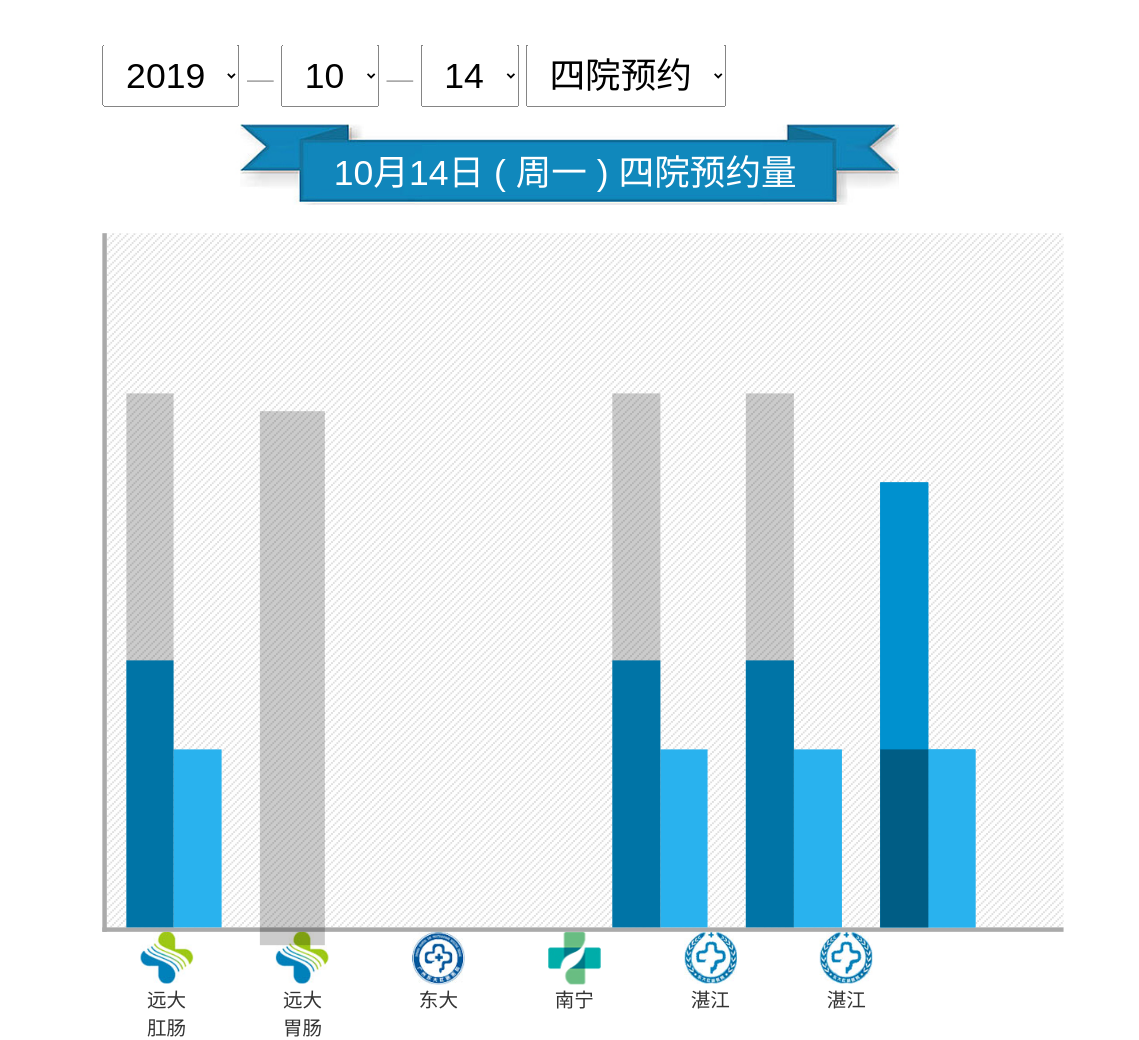
Repository: jerryyan/project
Page: http://localhost/m/index.php
An editor plug-in stored every save of this project. The page is shown before and after a run of saves, followed by the edit.
The browser window is 1280 px wide. The pictures show the whole page, at 89% of full size.
The page is run by PHP 8.4 with error messages shown; the project is at /var/www/html/. The session is filled in as if someone had signed in: {"name": "admin"}. Other server files are loaded and not shown.

Above is the page before, as saved 2019-10-14 15:49:35.

### m/index.php
<html>

<head>
    <meta http-equiv="Content-Type" content="text/html; charset=utf-8" />
    <link href="css/m.css" rel="stylesheet" type="text/css" />
    <script type="text/javascript" src="/js/jquery.min.js"></script>
    <script type="text/javascript" src="/js/moment.min.js"></script>
    <script type="text/javascript" src="/js/time.js"></script>
    <title>预约数据统计手机版</title>
</head>

<body>
    <div class="div1">
        <div class="time">
            <select class="year" id="birth_year" onchange="setDays(this, birth_month, birth_day);">
            </select>
            —
            <select class="month" id="birth_month" onchange="setDays(birth_year, this, birth_day);">
            </select>
            —
            <select class="day" id="birth_day">
            </select>
            <select name="" class="select" onchange="self.location.href = options[selectedIndex].value">
                <option value="index.php" selected>四院预约</option>
                <option value="jzchart.php">四院就诊</option>
                <option value="detail.php?type=szyd">远大</option>
                <option value="detail.php?type=gzdd">东大</option>
                <!--<option value="detail.php?type=gzma" >民安</option>-->
                <option value="detail.php?type=zjdd">湛江</option>
                <option value="detail.php?type=nngc">南宁肛肠</option>
                <option value="detail.php?type=nnwc">南宁胃肠</option>
                <option value="detail.php?type=szydwc">远大胃肠</option>
            </select>
        </div>

        <div class="title">
            <?php
            require_once 'islogin.php';
            $weekarray = array("日", "一", "二", "三", "四", "五", "六");
            $year = date('Y');
            $month = date('m');
            $day = date('d');
            $strDate = $month . "月" . $day . "日 " . "( 周" . $weekarray[date('w')] . " ) ";
            echo $strDate;
            ?>四院预约量
        </div>

        <ul class="num">
        </ul>
        <div class="table">
            <div class="yd">
                <div class="yd_1"><span></span></div>
                <div class="yd_2"><span></span></div>
                <div class="yd_3"><span></span></div>
            </div>
            <div class="yc">
                <div class="yc_1"><span></span></div>
                <div class="yc_2"><span></span></div>
                <div class="yc_3"><span></span></div>
            </div>
            <div class="dd">
                <div class="dd_1"><span></span></div>
                <div class="dd_2"><span></span></div>
                <div class="dd_3"><span></span></div>
            </div>
            <div class="ma">
                <div class="ma_1"><span></span></div>
                <div class="ma_2"><span></span></div>
                <div class="ma_3"><span></span></div>
            </div>
            <div class="zj">
                <div class="zj_1"><span></span></div>
                <div class="zj_2"><span></span></div>
                <div class="zj_3"><span></span></div>
            </div>
            <div class="zj" style="margin-left:">
                <div class="zj_1"><span></span></div>
                <div class="zj_2"><span></span></div>
                <div class="zj_3"><span></span></div>
            </div>
        </div>

        <div class="logo">
            <ul>
                <li><img src="/images/logo_yd.jpg">远大<br>肛肠</li>
                <li><img src="/images/logo_yd.jpg">远大<br>胃肠</li>
                <li><img src="/images/logo_dd.jpg">东大</li>
                <li><img src="/images/logo_nn.jpg">南宁</li>
                <li><img src="/images/logo_zj.jpg">湛江</li>
                <li><img src="/images/logo_zj.jpg">湛江</li>
            </ul>
        </div>
    </div>
</body>
<script src="/js/mobile.js"></script>
<script>
    $(function() {
        $(".year,.month,.day").change(function() {
            var y = $(".year option:selected").text();
            var m = $(".month option:selected").text();
            var d = $(".day option:selected").text();
            var datetime = y + "-" + m + "-" + d;
            getyySource(datetime);
        });
        getyySource();
        setInterval(setyySource, 40000);
    });
</script>

</html>

### m/islogin.php
<?php
session_start();
if ($_SESSION['name'] != 'admin') {
    header('Location:login.php');
    exit();
}

### m/getyyNum.php
<?php

require_once '../config.php';
if (!empty($_POST['datetime'])) {
    $date = $_POST['datetime'];
}
$startDate = $date . " 00:00:00";
$endDate = $date . " 23:59:59";
$zjdd_sql = "select department,ts,awr,convert(varchar(10),ts,108) as tstime from info_appointment where department not like '%未预约%' and dr=0 and ts >='{$startDate}' and ts<='{$endDate}'";
$nndd_sql = "select department,ts,awr,convert(varchar(10),ts,108) as tstime from info_appointment where (department not like '%未预约%' and department not like '%耳鼻喉科%') and  dr=0 and sourceType !='自然门诊' and symptom !='体检'  and ts >='{$startDate}' and ts<='{$endDate}'";
$szyd_sql = "select department,ts,awr,convert(varchar(10),ts,108) as tstime from info_appointment where department like '%肛%' and  gn not like '%胃肠%'and dr=0 and media in ('360','82348232','QQ','qq','百度','百度糯米','百度商桥','个人微信','回访组回访','快排','神马','搜狗','网络电话','网络其它','网站后台预约','手机网','SOGU','SOSO','谷歌','商务通转Q','商务通转电话','胃肠电话') and ts >='{$startDate}' and ts<='{$endDate}'";
$szydwc_sql = "select department,ts,awr,convert(varchar(10),ts,108) as tstime from info_appointment where department  not like '%未预约%' and dr=0 and  gn like '%胃肠%' and media in ('360','82348232','QQ','qq','百度','百度糯米','百度商桥','个人微信','回访组回访','快排','神马','搜狗','网络电话','网络其它','网站后台预约','手机网','SOGU','SOSO','谷歌','商务通转Q','商务通转电话','胃肠电话') and ts >='{$startDate}' and ts<='{$endDate}'";
$gzdd_sql = "select department,ts,awr,convert(varchar(10),ts,108) as tstime from info_appointment where department not like '%未预约%' and dr=0  and ts >='{$startDate}' and ts<='{$endDate}'";
$zjdd_yy_row = get_fetchAll_assoc($zjdd, $zjdd_sql);
$zjdd_yyNum = getAllNum($zjdd_yy_row, $date);

$nndd_yy_row = get_fetchAll_assoc($nndd, $nndd_sql);
$nndd_yyNum = getAllNum($nndd_yy_row, $date);

$szyd_yy_row = get_fetchAll_assoc($szyd, $szyd_sql);
$szyd_yyNum = getAllNum($szyd_yy_row, $date);

$szydwc_yy_row = get_fetchAll_assoc($szyd, $szydwc_sql);
$szydwc_yyNum = getAllNum($szydwc_yy_row, $date);

$gzdd_yy_row = get_fetchAll_assoc($gzdd, $gzdd_sql);
$gzdd_yyNum = getAllNum($gzdd_yy_row, $date);

$data = array();
$data['zjdd_yyNum'] = $zjdd_yyNum;
$data['nndd_yyNum'] = $nndd_yyNum;
$data['szyd_yyNum'] = $szyd_yyNum;
$data['szydwc_yyNum'] = $szydwc_yyNum;
$data['gzdd_yyNum'] = $gzdd_yyNum;
echo json_encode($data);

### config.php
<?php

try {
    $username = "sa";
    $pwd = "OYr%ZbxNY#!V*T0O";
    $dsn1 = "sqlsrv:Server=120.25.95.93;database=iSoftZJDD";
    // $dsn2 = "sqlsrv:Server=120.25.95.93;database=iSoftGZMA";
    $dsn3 = "sqlsrv:Server=120.25.95.93;database=iSoftSZYD";
    $dsn4 = "sqlsrv:Server=120.25.95.93;database=XL_new_reservation";
    $dsn5 = "sqlsrv:Server=120.25.95.93;database=iSoftNNDD";
    $dsn7 = "sqlsrv:Server=120.25.95.93;database=iSoftSZTY";
    $dsn6 = "mysql:host=localhost;dbname=project";
    $date = date("Y-m-d");
    //  $date = "2016-03-28";
    //    $username = "sa";
    //    $pwd = "123456";
    //    $dsn1 = "sqlsrv:Server=192.168.3.143\SQLEXPRESS;database=iSoftZJDD";
    //    $dsn2 = "sqlsrv:Server=192.168.3.143\SQLEXPRESS;database=iSoftGZMA";
    //    $dsn3 = "sqlsrv:Server=192.168.3.143\SQLEXPRESS;database=iSoftSZYD";
    $zjdd = new PDO($dsn1, $username, $pwd);
    //$gzma = new PDO($dsn2, $username, $pwd);
    $szyd = new PDO($dsn3, $username, $pwd);
    $gzdd = new PDO($dsn4, $username, $pwd);
    $nndd = new PDO($dsn5, $username, $pwd);
    $szty = new PDO($dsn7, $username, $pwd);
    $project = new PDO($dsn6, 'root', 'root');
} catch (PDOException $e) {
    echo "Failed to get DB handle: " . $e->getMessage() . "\n";
    exit;
}

/**
 *
 * @param string $db
 * @param string $sql
 * @return string $row
 */
function get_fetchAll_assoc($db, $sql)
{
    $result = $db->query($sql);
    $row = $result->fetchAll(PDO::FETCH_ASSOC);
    return $row;
}
/**
 *
 *插入单条数据到数据库
 * @param string $db
 * @param string $sql
 * @return string $res
 */
function insert($db, $sql)
{
    $db->setAttribute(PDO::ATTR_ERRMODE, PDO::ERRMODE_EXCEPTION);
    $res = $db->exec($sql);
    return $res;
}

/**
 * 获取客户端IP
 */
function getClientIp()
{
    $ip = 'unknown';
    $unknown = 'unknown';

    if (isset($_SERVER['HTTP_X_FORWARDED_FOR']) && $_SERVER['HTTP_X_FORWARDED_FOR'] && strcasecmp($_SERVER['HTTP_X_FORWARDED_FOR'], $unknown)) {
        // 使用透明代理、欺骗性代理的情况
        $ip = $_SERVER['HTTP_X_FORWARDED_FOR'];
    } elseif (isset($_SERVER['REMOTE_ADDR']) && $_SERVER['REMOTE_ADDR'] && strcasecmp($_SERVER['REMOTE_ADDR'], $unknown)) {
        // 没有代理、使用普通匿名代理和高匿代理的情况
        $ip = $_SERVER['REMOTE_ADDR'];
    }

    // 处理多层代理的情况
    if (strpos($ip, ',') !== false) {
        // 输出第一个IP
        $ip = reset(explode(',', $ip));
    }

    return $ip;
}

function get_fetchAll_row($db, $sql)
{
    $result = $db->query($sql);
    $row = $result->fetch(PDO::FETCH_ASSOC);
    return $row['number'];
}

//获取大夜班，早班和晚班的预约人数
function getAllNum($row)
{
    $dayeStart = "00:00:00";
    $zaoStart = "08:00:00";
    $wanStart = "16:00:00";
    $wanEnd = "24:00:00";
    $dayeArr = $zaoArr = $wanArr = array();
    foreach ($row as $v) {
        if ($v['tstime'] >= $dayeStart && $v['tstime'] < $zaoStart) {
            $dayeArr[] = $v;
        }
        if ($v['tstime'] >= $zaoStart && $v['tstime'] < $wanStart) {
            $zaoArr[] = $v;
        }
        if ($v['tstime'] >= $wanStart && $v['tstime'] < $wanEnd) {
            $wanArr[] = $v;
        }
    }
    $arrNum = array();
    $arrNum['dayeNum'] = count($dayeArr);
    $arrNum['zaoNum'] = count($zaoArr);
    $arrNum['wanNum'] = count($wanArr);
    $arrNum['totalNum'] = count($row);
    $arrNum['workNum'] = getWorkNum($arrNum);
    return $arrNum;
}

function getWorkNum($data)
{
    $nowtime = date("H:i:s");
    $dayeStart = "00:00:00";
    $zaoStart = "08:00:00";
    $wanStart = "16:00:00";
    $wanEnd = "24:00:00";

    if ($nowtime > $dayeStart && $nowtime < $zaoStart) {
        $workNum = $data['dayeNum'];
    }
    if ($nowtime > $zaoStart && $nowtime <= $wanStart) {
        $workNum = $data['zaoNum'];
    }
    if ($nowtime > $wanStart && $nowtime < $wanEnd) {
        $workNum = $data['wanNum'];
    }
    return $workNum;
}

//排序
function my_sort($a, $b)
{
    if ($a['nums'] == $b['nums']) {
        return 0;
    }
    return ($a['nums'] > $b['nums']) ? -1 : 1;
}

//排序
function ts_sort($a, $b)
{
    if ($a['tstime'] == $b['tstime']) {
        return 0;
    }
    return ($a['tstime'] < $b['tstime']) ? -1 : 1;
}

### m/css/m.css
@charset "utf-8";

body {
    margin: 0px;
    padding: 0px;
    font-family: "微软雅黑", "宋体", arial;
    color: #333;
}

div,
dl,
dt,
dd,
ul,
ol,
li,
h1,
h2,
h3,
h4,
h5,
h6,
pre,
form,
input,
label,
select,
option,
textarea,
button,
p,
span {
    margin: 0;
    padding: 0;
}

img {
    border: 0;
    vertical-align: top;
    font-size: 0;
    line-height: 0;
    overflow: hidden;
}

ul,
li,
ol,
ul {
    list-style: none;
}


.dis {
    display: none
}

.left {
    float: left
}

.right {
    float: right
}

.clear {
    clear: both;
}

.time {
    clear: both;
    margin-left: 9%;
    width: 84%;
    font-size: 30px;
    color: #aaa;
    margin-top: 50px;
}

.time select {
    padding: 1% 2%;
    margin: 0 0% 0 0;
    font-size: 40px;
}

.time select:last-child {
    margin: 0;
}

.year {}

.month {}

.day {}

.title {
    font-size: 40px;
    text-align: center;
    height: 100px;
    padding-top: 42px;
    width: 100%;
    background: url(../images/title.jpg) center 20px no-repeat;
    color: #fff;
    text-indent: -10px;
}

.num {
    float: left;
    width: 9%;
    text-align: right;
    padding-top: 5px;
}

.num li {
    height: 40px;
    padding-right: 15px
}

.logo {
    clear: both;
    font-size: 22px;
    margin-left: 2%;
    padding-left: 8%;
    width: 77%;
    height: 100px;
}

.logo li {
    float: left;
    margin-right: 6.5%;
    padding-left: 3%;
    width: 6%;
    height: 100px;
    background-repeat: no-repeat;
    background-position: 10px 5px;
    text-align: center;
}

.logo li img {
    width: 100%;
    display: block;
}

.logo li:last-child {
    margin: 0;
}

.table {
    float: left;
    width: 84%;
    height: 780px;
    background: url(../images/bg.jpg);
    border-left: solid 5px #aaa;
    border-bottom: solid 5px #aaa;
    position: relative;
}

.table div {
    float: left;
}

.table div span {
    position: absolute;
    bottom: 0;
    left: 30%;
}

.yd div,
.dd div,
.ma div,
.zj div,
.yc div
.ty div{
    position: absolute;
    float: left;
    width: 5%;
    bottom: 0;
    font-size: 24px;
}

.yd_1,
.dd_1,
.ma_1,
.zj_1,
.ty_1,
.yc_1 {
    background: #0091cf;
    z-index: 1;
    height: 300px;
}

.yd_2,
.dd_2,
.ma_2,
.ty_2,
.zj_2,
.yc_2 {
    background: #29b2ee;
    margin-left: 5%;
    height: 200px;
}

.yd_3,
.dd_3,
.ma_3,
.zj_3,
.ty_3,
.yc_3 {
    background: rgba(0, 0, 0, 0.20);
    height: 600px;
    z-index: 2;
}

.table div .yd_3 span,
.table div .dd_3 span,
.table div .ma_3 span,
.table div .zj_3 span,
.table div .ty_3 span,
.table div .yc_3 span {
    margin-top: -80px;
    margin-bottom: 0;
    display: block;
    position: relative;
    z-index: 3
}

.zj_3 {
    height: 200px;
}

.zj_1 {
    height: 500px;
}

span {
    width: 120px;
    margin-left: -47px;
    margin-bottom: 50px;
    -webkit-transform: rotate(270deg);
    -moz-transform: rotate(270deg);
    -o-transform: rotate(270deg);
}

.yd {
    margin-left: 2%;
}

.yc {
    margin-left: 16%;
}

.dd {
    margin-left: 30%;
}

.ma {
    margin-left: 44%;
}

.zj {
    margin-left: 58%;
}

.ty {
    margin-left: 72%;
}


table {
    background: #aaa;
    text-align: center;
    float: left;
    font-size: 30px;
    margin: 0 0 0 9%
}

table td {
    background: #fff;
    height: 80px;
    vertical-align: central;
}

.div2 .time {
    margin: 0 0 0 73px;
    height: 100px;
}



/*.nav{width:720px; height:100px; padding:10px 0 0 40px; z-index:10; margin-top:40px}
.nav li{ float:left; background:#239ccf; width:149px; text-align:center; height:70px; line-height:70px; margin:0 5px; color:#fff; font-size:28px;}
.nav li.current{ background:#15759e}
*/

### js/time.js
$(document).ready(function () {
    var myDate = new Date();
    var year = myDate.getFullYear();//获取完整的年份(4位,1970-????)
    var month = myDate.getMonth();//获取当前月份(0-11,0代表1月)
    var day = myDate.getDate();//获取当前日(1-31)
    var i = 0;
    // 添加年份
    for (i = 2016; i <= 2026; i++) {
        addOption(birth_year, i, i);
        if (i == year) {
            birth_year.options[year - 2016].selected = true;
        }
    }
    // 添加月份
    for (i = 1; i <= 12; i++) {
        if (i < 10) {
            i = '0' + i;
        }
        addOption(birth_month, i, i);
        if (i == month + 1) {
            birth_month.options[month].selected = true;
        }
    }
    // 添加天份，先默认31天
    for (i = 1; i <= 31; i++) {
        if (i < 10) {
            i = '0' + i;
        }
        addOption(birth_day, i, i);
        if (i == day) {
            birth_day.options[day - 1].selected = true;
        }
    }
    //$("#birth_month"). birth_year  birth_day
});


// 设置每个月份的天数
function setDays(year, month, day) {
    var monthDays = [31, 28, 31, 30, 31, 30, 31, 31, 30, 31, 30, 31];
    var yea = year.options[year.selectedIndex].text;
    var mon = month.options[month.selectedIndex].text;
    var num = monthDays[mon - 1];
    if (mon == 2 && isLeapYear(yea)) {
        num++;
    }
    for (var j = day.options.length - 1; j >= num; j--) {
        day.remove(j);
    }
    for (var i = day.options.length+1; i <= num; i++) {
        addOption(birth_day, i, i);
    }

}

// 判断是否闰年
function isLeapYear(year)
{
    return (year % 4 == 0 || (year % 100 == 0 && year % 400 == 0));
}

// 向select尾部添加option
function addOption(selectbox, text, value) {
    var option = document.createElement("option");
    option.text = text;
    option.value = value;
    selectbox.options.add(option);
}

Loaded but not shown: js/jquery.min.js (library); js/moment.min.js (library); js/mobile.js (302 lines, source omitted)

After the next 2 saves:
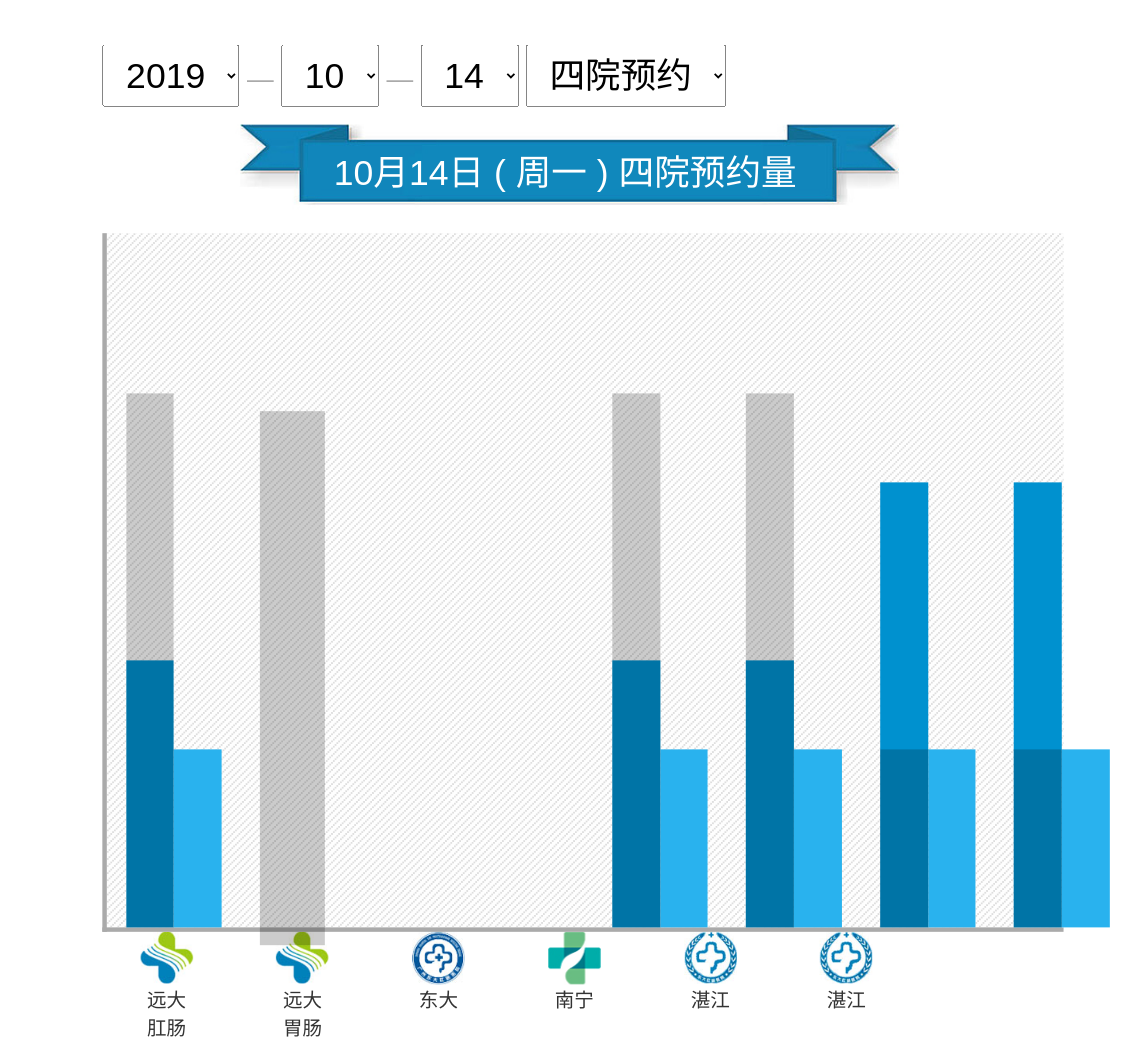
The 2 saves are shown as one change because they came seconds apart.
The last was saved 8 s later.
--- a/m/index.php
+++ b/m/index.php
@@ -73,7 +73,7 @@
                 <div class="zj_2"><span></span></div>
                 <div class="zj_3"><span></span></div>
             </div>
-            <div class="zj" style="margin-left:">
+            <div class="zj" style="margin-left:72%">
                 <div class="zj_1"><span></span></div>
                 <div class="zj_2"><span></span></div>
                 <div class="zj_3"><span></span></div>
